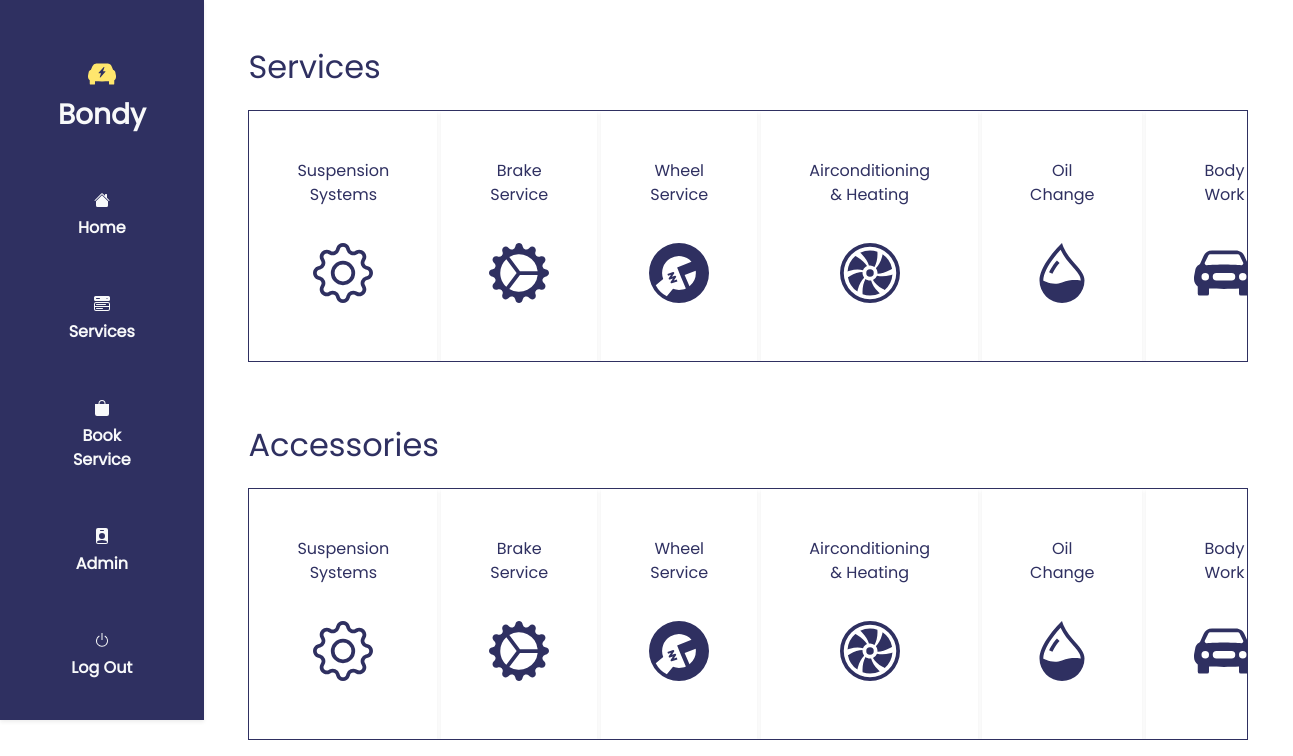
Repository: duzzisantos/bondy
Page: /
The author's editor kept a copy of each file at every save. The page is drawn from the files as they stood at one save, then again after the next save.
The browser window is 1280 px wide. The page is 1280 px wide, then 1293 px, then 1280 px, so the pictures cover 1293 px, including what lies to the right of the window. The pictures show the whole page.
Some web libraries are served in a nearby version. The project was rebuilt for these pictures with package versions that can differ from the ones it lists, and the page was loaded fresh each time.

Above is the page before, as saved 2023-06-18 01:27:15.

### public/index.html
<!DOCTYPE html>
<html lang="en">
  <head>
    <meta charset="utf-8" />
    <link rel="icon" href="%PUBLIC_URL%/favicon.ico" />
    <meta name="viewport" content="width=device-width, initial-scale=1" />
    <meta name="theme-color" content="#000000" />
    <meta
      name="description"
      content="Web site created using create-react-app"
    />
    <link rel="apple-touch-icon" href="%PUBLIC_URL%/logo192.png" />
    <!-- Option 1: Include in HTML -->
    <link
      rel="stylesheet"
      href="https://cdn.jsdelivr.net/npm/bootstrap-icons@1.3.0/font/bootstrap-icons.css"
    />
    <link rel="preconnect" href="https://fonts.googleapis.com" />
    <link rel="preconnect" href="https://fonts.gstatic.com" crossorigin />
    <!--
      manifest.json provides metadata used when your web app is installed on a
      user's mobile device or desktop. See https://developers.google.com/web/fundamentals/web-app-manifest/
    -->
    <link rel="manifest" href="%PUBLIC_URL%/manifest.json" />
    <!--
      Notice the use of %PUBLIC_URL% in the tags above.
      It will be replaced with the URL of the `public` folder during the build.
      Only files inside the `public` folder can be referenced from the HTML.

      Unlike "/favicon.ico" or "favicon.ico", "%PUBLIC_URL%/favicon.ico" will
      work correctly both with client-side routing and a non-root public URL.
      Learn how to configure a non-root public URL by running `npm run build`.
    -->
    <title>React App</title>
  </head>
  <body>
    <noscript>You need to enable JavaScript to run this app.</noscript>
    <div id="root"></div>
    <!--
      This HTML file is a template.
      If you open it directly in the browser, you will see an empty page.

      You can add webfonts, meta tags, or analytics to this file.
      The build step will place the bundled scripts into the <body> tag.

      To begin the development, run `npm start` or `yarn start`.
      To create a production bundle, use `npm run build` or `yarn build`.
    -->
  </body>
</html>

### src/index.js
import React from "react";
import ReactDOM from "react-dom/client";
import "./index.css";
import App from "./App";
import "bootstrap/dist/css/bootstrap.min.css";
import { BrowserRouter as Router } from "react-router-dom";

const root = ReactDOM.createRoot(document.getElementById("root"));
root.render(
  <React.StrictMode>
    <Router>
      <App />
    </Router>
  </React.StrictMode>
);

### src/App.js
import "./App.css";
import "bootstrap";
import SideBar from "./components/Navigation/SideBar";
import { Routes, Route } from "react-router-dom";
import LandingPage from "./views/LandingPage";
function App() {
  return (
    <div className="App d-flex flex-row flex-nowrap">
      <SideBar />
      <Routes>
        <Route path="/" element={<LandingPage />} />
        <Route path="/home" element={<LandingPage />} />
      </Routes>
    </div>
  );
}

export default App;

### src/App.css
@import url("https://fonts.googleapis.com/css2?family=Cabin&family=Montserrat:wght@200&family=Poppins&display=swap");

* {
  font-family: "Poppins", sans-serif;
}
.App {
  text-align: center;
}

.custom-color {
  color: #2f3061 !important;
}

.custom-bg-color {
  background-color: #2f3061;
}

.custom-border {
  border: 1px solid #2f3061;
}

### src/components/Navigation/SideBar.tsx
import React, { FunctionComponent } from "react";
import "react-bootstrap";
import "../../App.css";
import "./Navigation.scss";
import { Link } from "react-router-dom";
import {
  HouseFill,
  BagFill,
  PersonBadgeFill,
  Power,
  EvFrontFill,
  MenuButtonWideFill,
} from "react-bootstrap-icons";

const commonLinkClasses =
  "d-flex flex-column justify-content-center align-items-center p-1 gap-2 text-light text-decoration-none fw-bold";
const SideBar: FunctionComponent = () => {
  return (
    <div className="col-2 vh-100 custom-bg-color shadow-sm p-5 text-light d-flex flex-column vstack gap-5">
      <Link to={"/"} className={commonLinkClasses + " fs-3"}>
        <span>
          <EvFrontFill className="brand-icon-color" /> Bondy
        </span>
      </Link>
      <Link to={"/home"} className={commonLinkClasses}>
        <HouseFill />
        Home
      </Link>

      <Link to={"/services"} className={commonLinkClasses}>
        <MenuButtonWideFill />
        Services
      </Link>

      <Link to={"/book-service"} className={commonLinkClasses}>
        <BagFill />
        Book Service
      </Link>

      <Link to={"/admin"} className={commonLinkClasses}>
        <PersonBadgeFill />
        Admin
      </Link>

      <Link to={"/logout"} className={commonLinkClasses}>
        <Power />
        Log Out
      </Link>
    </div>
  );
};

export default SideBar;

### src/views/LandingPage.tsx
import React, { FunctionComponent } from "react";
import "../components/Home/LandingPage.scss";
import LandingPageScrollContainer from "src/components/Home/LandingPageScrollContainer";
import { servicesList } from "src/components/Home/landingPageContent";

const LandingPage: FunctionComponent = () => {
  const handleClick = () => {
    console.log("This was clicked");
  };
  return (
    <div className="col-lg-11 pt-5 vstack gap-5 d-flex flex-column align-items-center">
      <LandingPageScrollContainer
        content={servicesList}
        category="Services"
        handleClick={handleClick}
      />
      <LandingPageScrollContainer
        content={servicesList}
        category="Accessories"
        handleClick={handleClick}
      />
    </div>
  );
};

export default LandingPage;

### src/components/Navigation/Navigation.scss
.brand-icon-color {
  color: #ffe66d !important;
}

### src/components/Home/LandingPage.scss
.scroll-container-fixed {
  position: fixed !important;
}

.scroll-container-size {
  height: 330px !important;
}

.service-card {
  height: 270px !important;
}

.service-icon-font {
  font-size: 60px !important;
}

### src/components/Home/LandingPageScrollContainer.tsx
import React, { FunctionComponent } from "react";
import "../../App.css";
import { Link } from "react-router-dom";

interface ScrollContainerProps {
  content: any[];
  category: string;
  handleClick: any;
}
const LandingPageScrollContainer: FunctionComponent<ScrollContainerProps> = ({
  content,
  category,
  handleClick,
}) => {
  return (
    <section className="col-11 scroll-container-size">
      <h2 className="text-start mb-4 custom-color">{category}</h2>
      <div
        className="overflow-x-scroll d-flex flex-row hstack gap-1 custom-border"
        style={{ width: "1000px" }}
      >
        {content.map((element, index) => (
          <Link
            to={`/services/${element.category}`}
            key={index}
            className={`text-decoration-none text-dark w-25 p-5 shadow-sm d-flex flex-column vstack gap-3`}
            onClick={handleClick}
          >
            <span className="custom-color">{element.category}</span>
            <span className={`service-icon-font custom-color`}>
              {element.icon}
            </span>
          </Link>
        ))}
      </div>
    </section>
  );
};

export default LandingPageScrollContainer;

### src/components/Home/landingPageContent.tsx
import React from "react";
import {
  Gear,
  GearWideConnected,
  WrenchAdjustableCircleFill,
  Fan,
  DropletHalf,
  CarFrontFill,
} from "react-bootstrap-icons";
export const servicesList = [
  {
    id: 1,
    category: "Suspension Systems",
    icon: <Gear />,
  },
  {
    id: 2,
    category: "Brake Service",
    icon: <GearWideConnected />,
  },
  {
    id: 3,
    category: "Wheel Service",
    icon: <WrenchAdjustableCircleFill />,
  },
  {
    id: 4,
    category: "Airconditioning & Heating",
    icon: <Fan />,
  },
  {
    id: 5,
    category: "Oil Change",
    icon: <DropletHalf />,
  },
  {
    id: 6,
    category: "Body Work",
    icon: <CarFrontFill />,
  },
];

Loaded but not shown: src/index.css (common file)

After the next save:
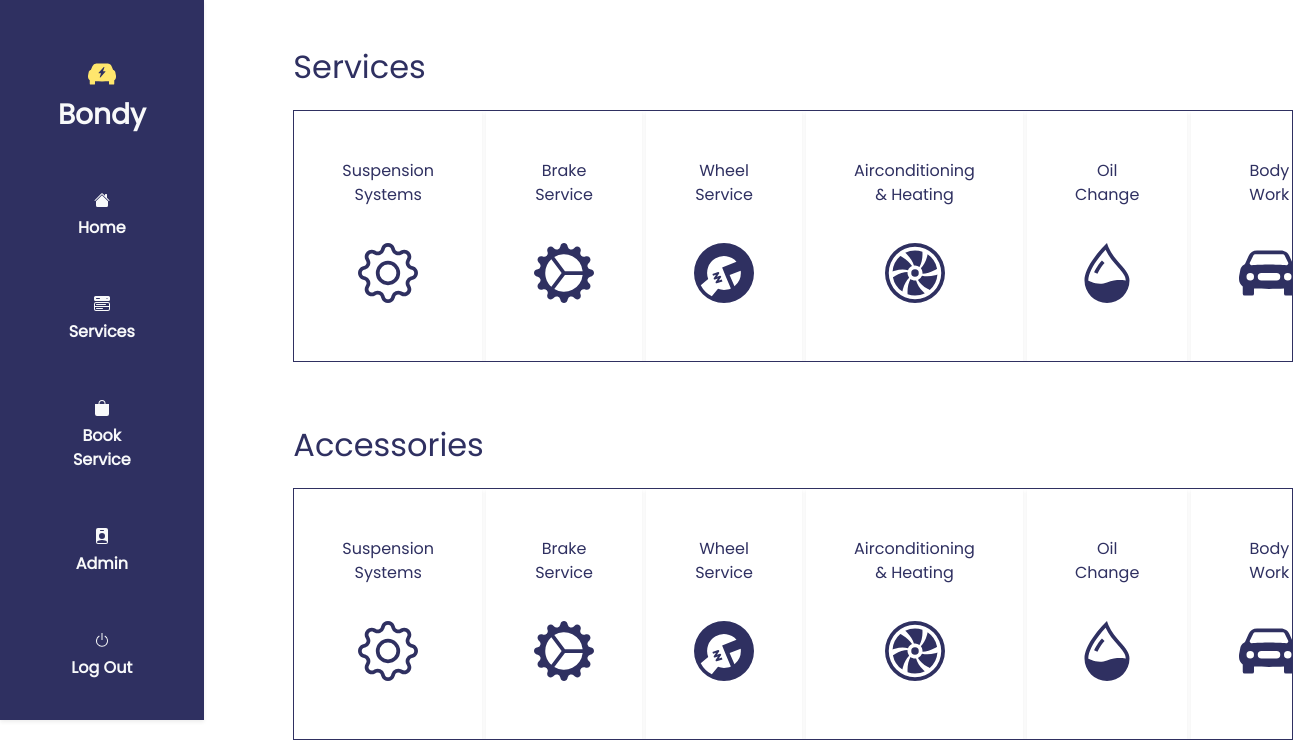
Saved 9 s later.
--- a/src/components/Home/LandingPageScrollContainer.tsx
+++ b/src/components/Home/LandingPageScrollContainer.tsx
@@ -13,7 +13,7 @@
   handleClick,
 }) => {
   return (
-    <section className="col-11 scroll-container-size">
+    <section className="col-10 scroll-container-size">
       <h2 className="text-start mb-4 custom-color">{category}</h2>
       <div
         className="overflow-x-scroll d-flex flex-row hstack gap-1 custom-border"

After the save that followed:
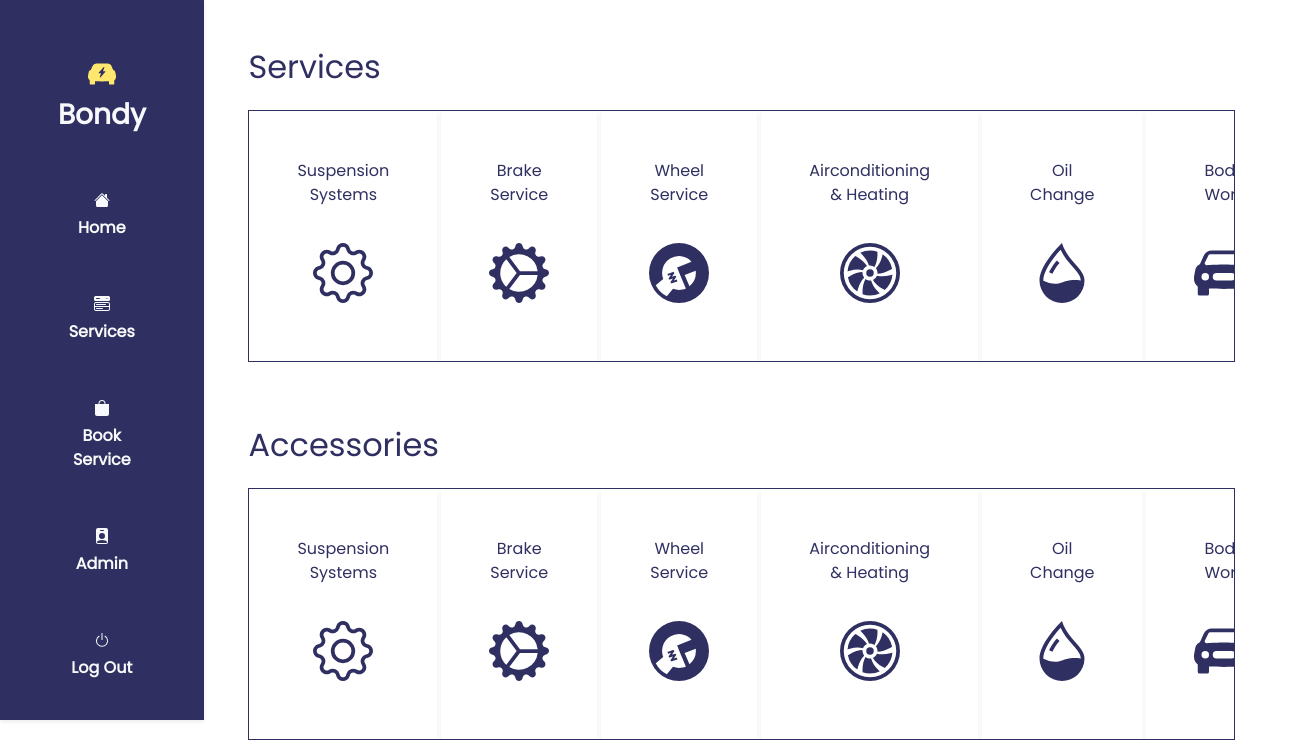
Saved 15 s later.
--- a/src/components/Home/LandingPageScrollContainer.tsx
+++ b/src/components/Home/LandingPageScrollContainer.tsx
@@ -13,12 +13,9 @@
   handleClick,
 }) => {
   return (
-    <section className="col-10 scroll-container-size">
+    <section className="col-11 scroll-container-size">
       <h2 className="text-start mb-4 custom-color">{category}</h2>
-      <div
-        className="overflow-x-scroll d-flex flex-row hstack gap-1 custom-border"
-        style={{ width: "1000px" }}
-      >
+      <div className="overflow-x-auto w-100 d-flex flex-row hstack gap-1 custom-border">
         {content.map((element, index) => (
           <Link
             to={`/services/${element.category}`}
